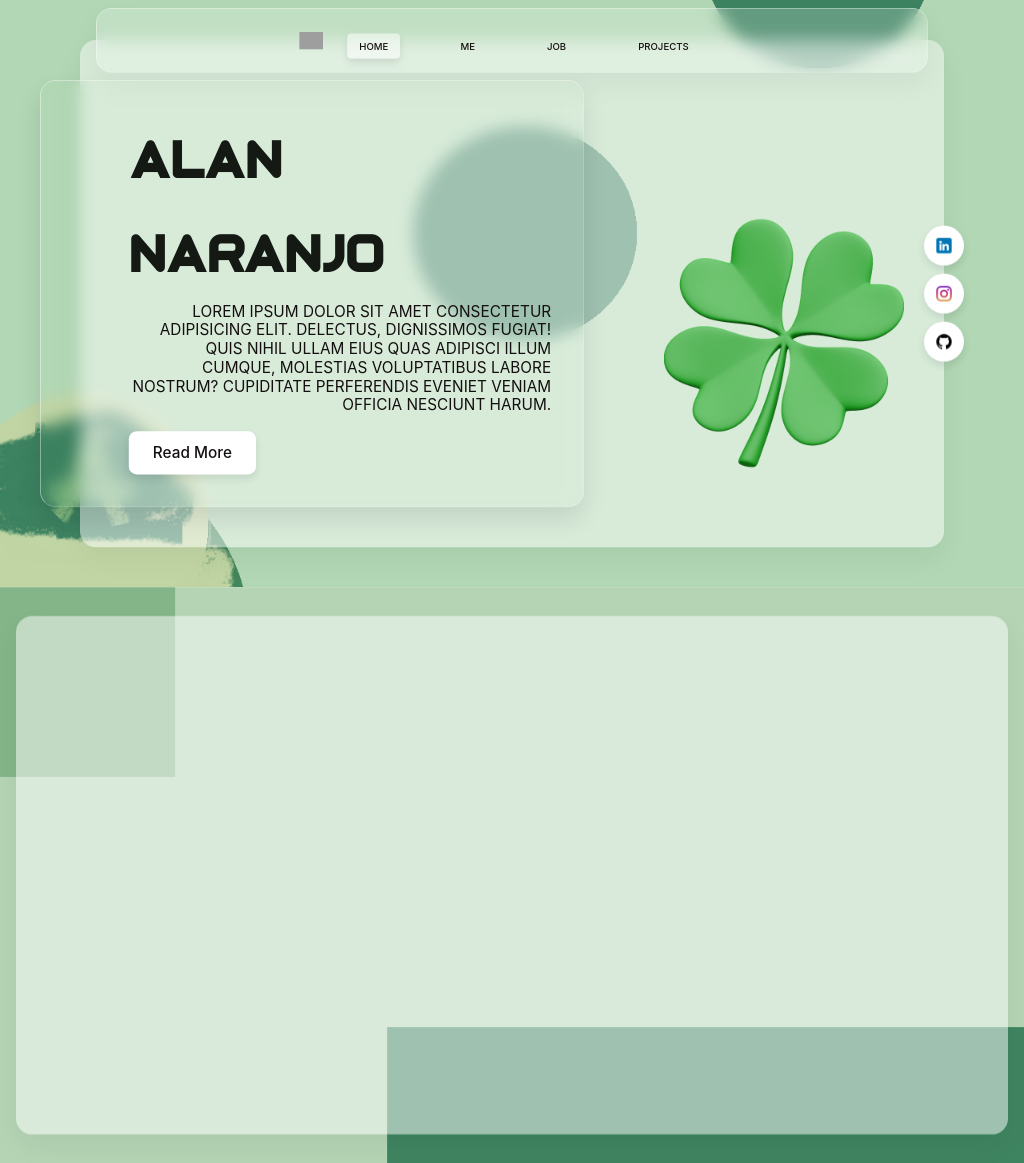
Repository: L-A-M-J-O/Me-sitio-Web
Page: / (app in my-project/)
The author's editor kept a copy of each file at every save. The page is drawn from the files as they stood at one save, then again after a run of saves.
The browser window is 1280 px wide. The pictures show the whole page, at 80% of full size.
Pictures or frames that could not be fetched are drawn as grey boxes. Backgrounds fixed to the window are drawn as part of the page. The project was rebuilt for these pictures with package versions that can differ from the ones it lists, and the page was loaded fresh each time.

Above is the page before, as saved 2022-09-19 17:10:09.

### my-project/src/App.jsx
import './App.css';
import Me from './components/Me/Me';

import Navbar from './components/Navbar/Navbar'


function App() {
  return (
    <>
      <Navbar/>
      <Me/>
    </>


  );
}

export default App;

### my-project/src/App.css
 * {
    margin: 0;
    padding: 0;
    box-sizing: border-box;
 }

### my-project/src/components/Me/Me.jsx
import React from 'react'

import '../Me/Me.css'

function Me() {
  return (
    <div className='section-me' id='me'>
      <div className='container-m-me'>

      </div>
    </div>
  )
}

export default Me

### my-project/src/components/Navbar/Navbar.jsx
import React from 'react'

import {Link} from 'react-scroll'

import logotipo from '../../assets/img/logotipo.png'
import icon from '../../assets/img/icon.png'
import instagram from '../../assets/img/instagram.png'
import linkedin from '../../assets/img/linkedin.png'
import github from '../../assets/img/github.png'

import '../Navbar/Navbar.css'


function Navbar() {
  return (
    <section id='nav'>
      <div className='container-m'>
        <header>
          <Link to='nav' className='logo'><img src={ icon} alt='icon' width={30}/></Link>
          <ul>
            <li><Link to='nav' className='active'>Home</Link></li>
            <li><Link to='me' href='#' className=''>Me</Link></li>
            <li><Link href='#' className=''>Job</Link></li>
            <li><Link href='#' className=''>Projects</Link></li>
          </ul>
        </header>
        <div className='content'>
          <h2>Alan Naranjo</h2>
          <p>Lorem ipsum dolor sit amet consectetur adipisicing elit. Delectus, dignissimos fugiat! Quis nihil ullam eius quas adipisci illum cumque, molestias voluptatibus labore nostrum? Cupiditate perferendis eveniet veniam officia nesciunt harum.</p>
          <Link href='#'>Read More</Link>
        </div>
        <div className='img-icon'>
          <img src={ logotipo } alt='logotipo'/>
        </div>
        <ul className='sci'>
          <li><Link href='#'><img src={linkedin} alt='linkedin'/></Link></li>
          <li><Link href='#'><img src={instagram} alt='instagram'/></Link></li>
          <li><Link href='#'><img src={github} alt='github'/></Link></li>
        </ul>
      </div>
    </section>
  )
}

export default Navbar

### my-project/src/components/Me/Me.css
.section-me {
    display: flex;
    justify-content: center;
    align-items: center;
    min-height: 100vh;
    background-image: url(../../assets/img/banner1.png);
    background-position: center;
    background-attachment: fixed;
    padding: 20px;
}
.container-m-me {
    position: relative;
    width: 100%;
    height: 90vh;
    background-color: rgba(255, 255, 255, 0.5);
    box-shadow:  0 15px 35px rgba(0, 0, 0, 0.05);
    border-radius: 20px;
    display: flex;
    justify-content: space-between;
    align-items: center;
    padding: 50px;
}

### my-project/src/components/Navbar/Navbar.css
@font-face {
    font-family: Osiris;
    src: url(../../assets//img/Osiris.otf);
}

section {
    display: flex;
    justify-content: center;
    align-items: center;
    min-height: 100vh;
    background-image: url(../../assets/img/banner.png);
    background-position: center;
    background-attachment: fixed;
    padding: 50px;
}
.container-m{
    position: relative;
    width: calc(100% - 100px);
    height: 88vh;
    background-color: rgba(255, 255, 255, 0.5);
    box-shadow:  0 15px 35px rgba(0, 0, 0, 0.05);
    border-radius: 20px;
    display: flex;
    justify-content: space-between;
    align-items: center;
    padding: 50px;
}
header {
    position: absolute;
    top: -40px;
    right: 20px;
    left: 20px;
    padding: 20px 50px;
    display: flex;
    justify-content: center;
    align-items: baseline;
    background: rgba(255, 255, 255, 0.2);
    box-shadow:  0 15px 35px rgba(0, 0, 0, 0.05);
    border-radius: 20px;
    backdrop-filter: blur(10px);
    border: 1px solid rgba(255, 255, 255, 0.25);
    border-top: 1px solid rgba(255, 255, 255, 0.5);
    border-left: 1px solid rgba(255, 255, 255, 0.5);
}

header .logo {
    color: #140f10;
    font-weight: 700;
    text-decoration: none;
    font-size: 2rem;
}
header ul {
    display: flex;
}
header ul li {
    list-style: none;
    margin:  0 30px;
}
header ul li a {
    border: var(--default-border-width) solid var(--default-border-color);
    border-radius: var(--default-border-radius);
    text-transform: uppercase;
    font-weight: 500;
    font-size: max(12px,.9375vw);
    padding: 0 1.3333em;
    height: 2.5555em;
    line-height: 1.2222222222;
    transition: background-color .15s ease-in-out;
    -webkit-appearance: none;
    appearance: none;
    text-decoration: none;
    color: #140f10;
    padding: 8px 15px;
    border-radius: 25px;
    cursor: pointer;
}
header ul li a:hover,
header ul li a.active {
    border-radius: 5px;
    background-color: #ffffff81;
    color: #140f10;
    box-shadow: 0 5px 10px rgba(0, 0, 0, 0.1);
}

.content {
    transform: translateX(-100px);
    max-width: 700px;
    box-shadow:  0 15px 30px rgba(0, 0, 0, 0.1);
    border-radius: 20px;
    backdrop-filter: blur(10px);
    border: 1px solid rgba(255, 255, 255, 0.25);
    border-top: 1px solid rgba(255, 255, 255, 0.5);
    border-left: 1px solid rgba(255, 255, 255, 0.5);
    padding: 40px;
    padding-left: 110px;
}
.content h2 {
    font-family: Osiris;
    font-size: 4rem;
    line-height: 1.85;
    text-transform: lowercase;
    margin: 0;
    color: #141914;
}
.content p {
    text-align: end;
    border: var(--default-border-width) solid var(--default-border-color);
    border-radius: var(--default-border-radius);
    text-transform: uppercase;
    font-weight: 400;
    font-size: max(12px,.9375vw);
    line-height: 1.2222222222;
    transition: background-color .15s ease-in-out;
    -webkit-appearance: none;
    appearance: none;
    font-size: 1.2em;
    color: #140f10;
}
.content a {
    display: inline-block;
    padding: 15px 30px;
    background: #fff;
    color: #140f10;
    margin-top: 20px;
    border-radius: 10px;
    font-size: 1.2em;
    font-weight: 500;
    text-decoration: none;
    box-shadow:  0 5px 10px rgba(0, 0, 0, 0.1);
}
.img-icon img {
    max-width: 400px;
    animation: animate 5s linear infinite;
}
@keyframes animate {
    0%,100%{
        transform: translateY(50px);
    }
    50% {
        transform: translateY(100px);
    }
}
.sci {
    position: absolute;
    right: -25px;
    display: flex;
    justify-content: center;
    align-items: center;
    flex-direction: column;
}
.sci li {
    list-style: none;
}
.sci li a {
    text-decoration: none;
    width: 50px;
    height: 50px;
    background: #fff;
    display: flex;
    justify-content: center;
    align-items: center;
    border-radius: 50%;
    margin: 5px 0;
    box-shadow: 0 5px 10px rgba(0, 0, 0, 0.1);
}
.sci li a img {
    transform: scale(0.6);
    transition: 0.5s;
}
sci li:hover a img {
    transform: scale(0.6) rotate(360deg);
}

Loaded but not shown: my-project/src/index.js (common file); my-project/src/index.css (common file); my-project/src/reportWebVitals.js (common file)

After the next 2 saves:
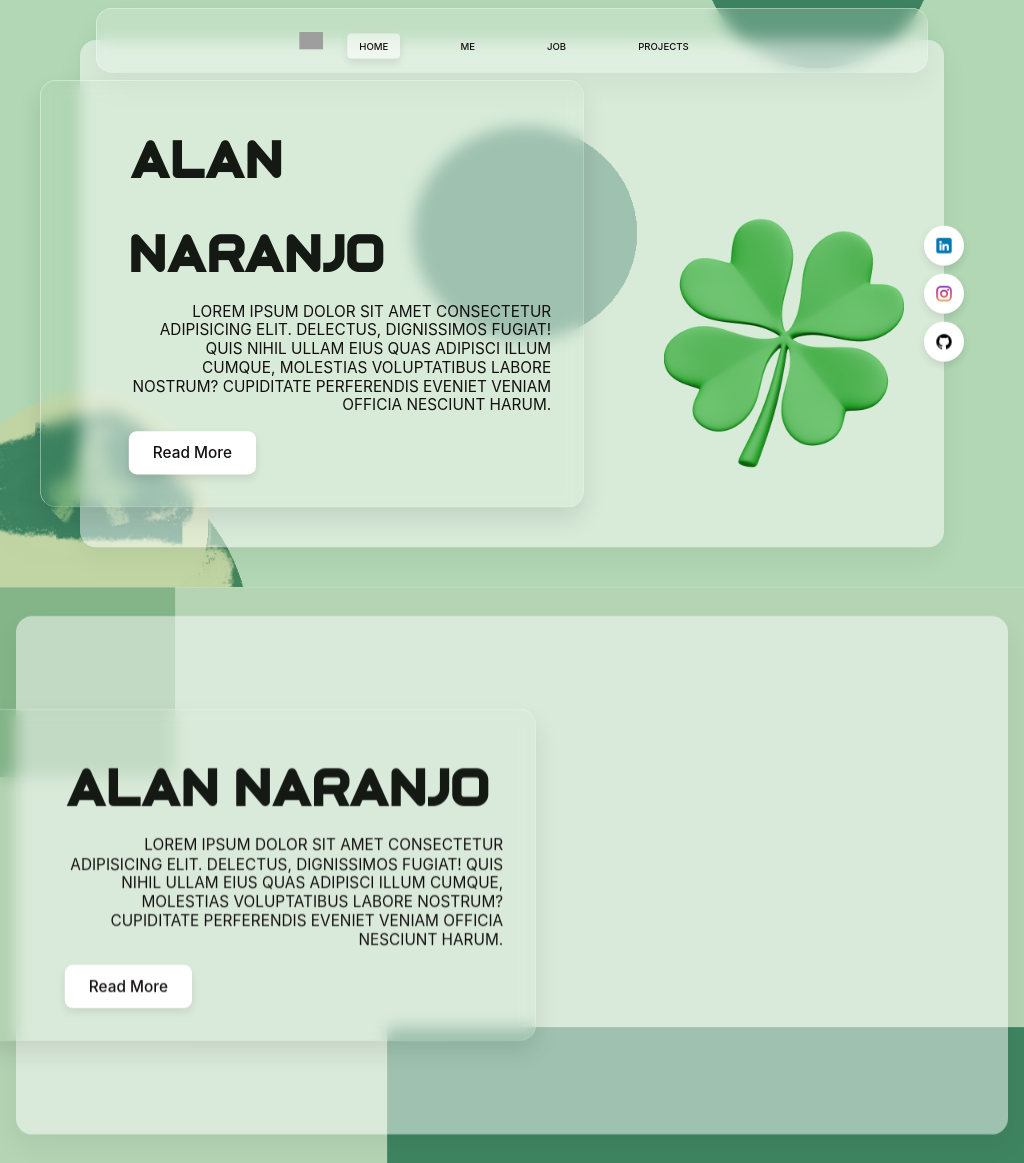
The 2 saves are shown as one change because 1 did not build or start.
The last was saved 97 s later.
--- a/my-project/src/components/Me/Me.jsx
+++ b/my-project/src/components/Me/Me.jsx
@@ -1,12 +1,22 @@
 import React from 'react'
 
 import '../Me/Me.css'
+
+import {Link } from 'react-scroll'
 
 function Me() {
   return (
     <div className='section-me' id='me'>
       <div className='container-m-me'>
-
+        <div className='row'>
+          <div className='col-6'>
+            <div className='content'>
+            <h2>Alan Naranjo</h2>
+            <p>Lorem ipsum dolor sit amet consectetur adipisicing elit. Delectus, dignissimos fugiat! Quis nihil ullam eius quas adipisci illum cumque, molestias voluptatibus labore nostrum? Cupiditate perferendis eveniet veniam officia nesciunt harum.</p>
+            <Link href='#'>Read More</Link>
+          </div>
+          </div>
+        </div>
       </div>
     </div>
   )
